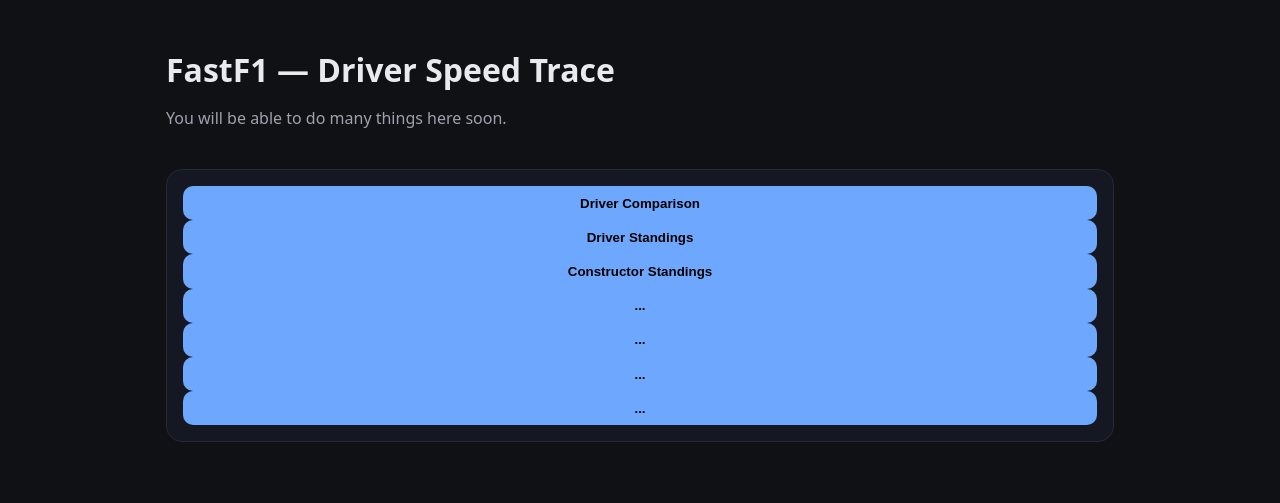
Repository: gqnsptaa/fastf1_web_preview
Page: http://localhost/menu
The author's editor kept a copy of each file at every save. The page is drawn from the files as they stood at one save, then again after the next save.
The browser window is 1280 px wide. The pictures show the whole page.
The page is served by the project's application, run on Flask 3 (app.py).

Above is the page before, as saved 2025-09-22 16:44:08.

After the next save:
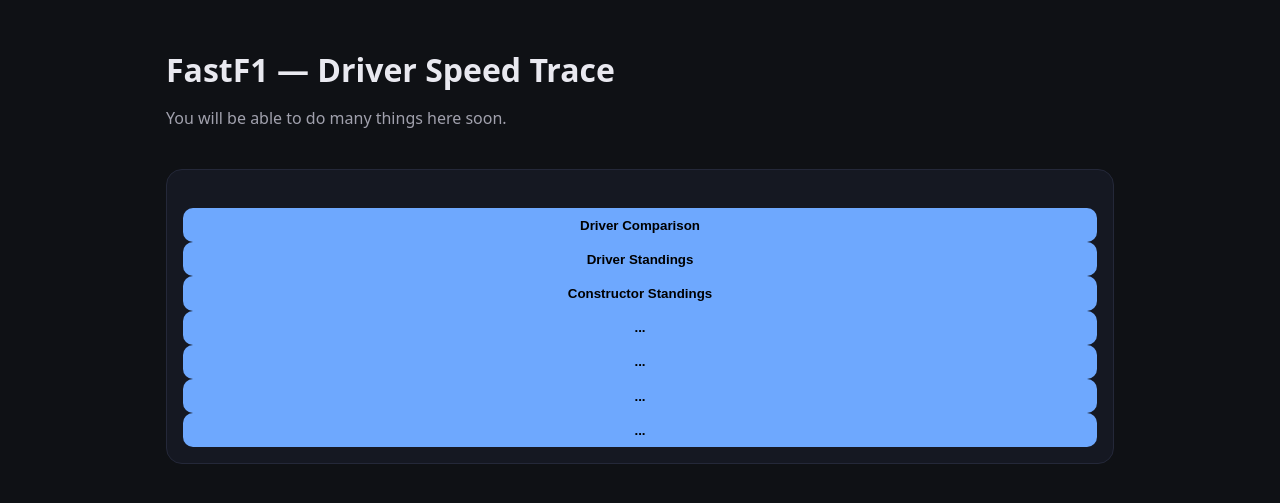
Saved 9 s later.
--- a/templates/menu.html
+++ b/templates/menu.html
@@ -17,7 +17,7 @@
       </header>
       <div class="card">
         <div class="full">
-          <button type="submit">Driver Comparison</button><br />
+          <br /><button type="submit">Driver Comparison</button><br />
           <button type="submit">Driver Standings</button>
           <button type="submit">Constructor Standings</button>
           <button type="submit">...</button>

After the save that followed:
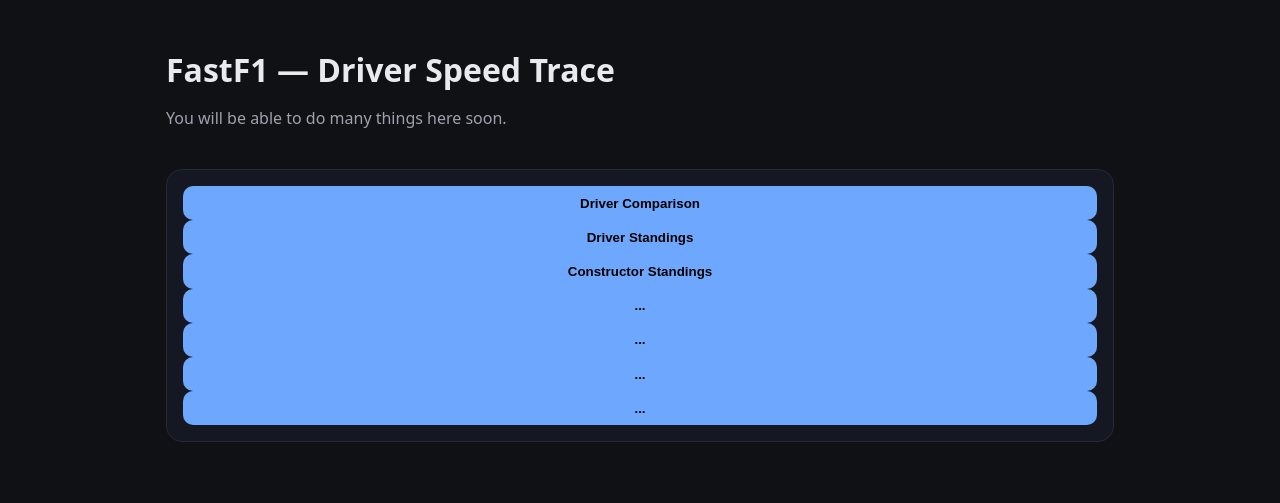
Saved 8 s later.
--- a/templates/menu.html
+++ b/templates/menu.html
@@ -17,7 +17,7 @@
       </header>
       <div class="card">
         <div class="full">
-          <br /><button type="submit">Driver Comparison</button><br />
+          <button type="submit">Driver Comparison</button><br />
           <button type="submit">Driver Standings</button>
           <button type="submit">Constructor Standings</button>
           <button type="submit">...</button>
